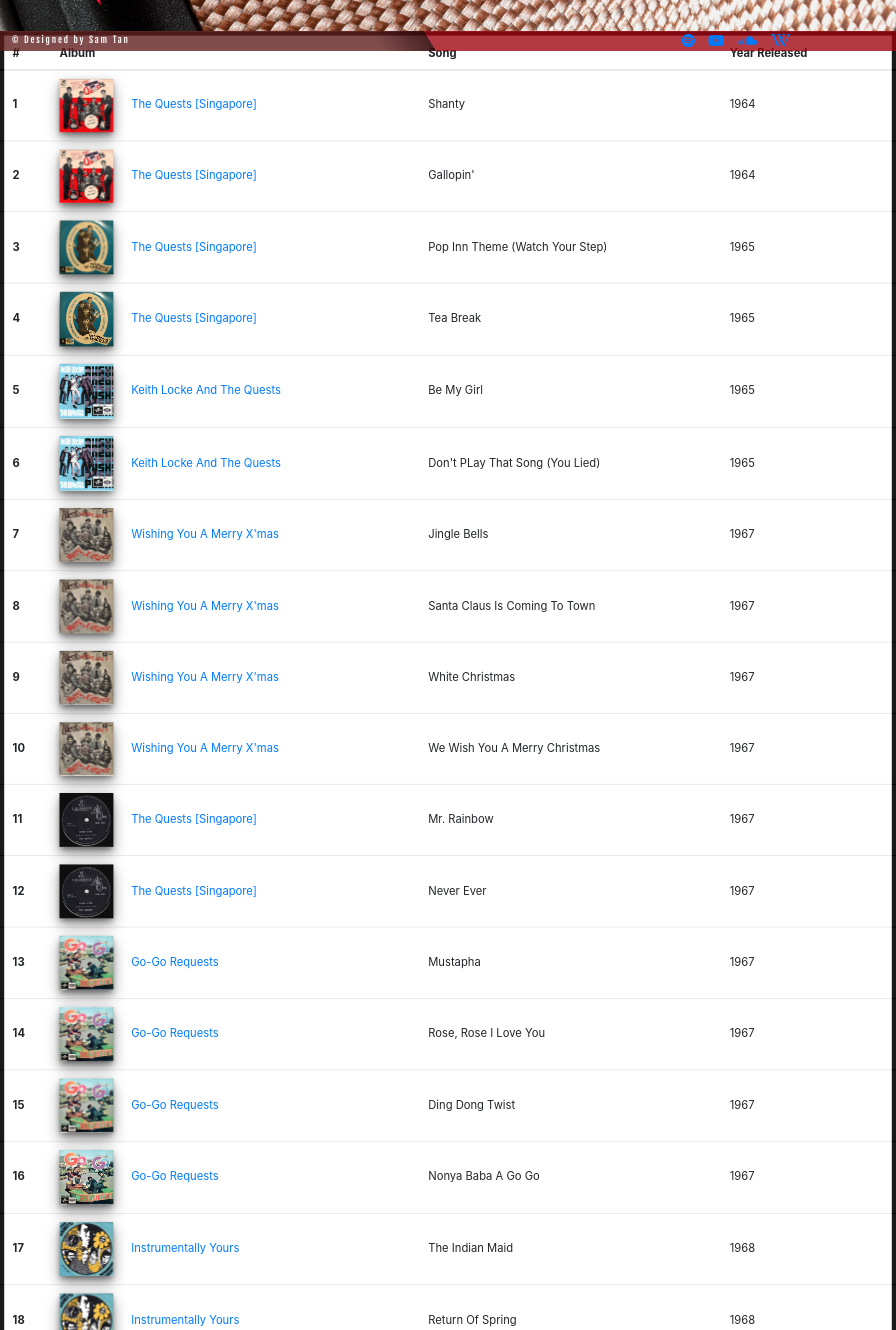
Repository: SamLookingGlass/User-Centric-Frontend-Development-Project
Page: music.html
The author's editor kept a record of every edit. The page is drawn from the files as they stood at one moment, then again after the next edit.
The browser window is 1280 px wide. The pictures show the part of the page from y = 647 to 2547 px (the page is 5651 px tall), at 70% of full size.
Some web libraries are served in a nearby version.

Above is the page before.

### music.html
<!doctype html>
<html lang="en">

<head>
  <!-- Required meta tags -->
  <meta charset="utf-8">
  <meta name="viewport" content="width=device-width, initial-scale=1, shrink-to-fit=no">

  <!-- Bootstrap CSS -->
  <link rel="stylesheet" href="https://maxcdn.bootstrapcdn.com/bootstrap/4.0.0/css/bootstrap.min.css" integrity="sha384-Gn5384xqQ1aoWXA+058RXPxPg6fy4IWvTNh0E263XmFcJlSAwiGgFAW/dAiS6JXm" crossorigin="anonymous">

  <!-- Google Fonts CSS -->
  <link href="https://fonts.googleapis.com/css?family=Fjalla+One&display=swap" rel="stylesheet">
  <link href="https://fonts.googleapis.com/css?family=Amatic+SC&display=swap" rel="stylesheet">
  <link href="https://fonts.googleapis.com/css?family=Playfair+Display&display=swap" rel="stylesheet">

  <!-- Font Awesoe CSS -->
  <link rel="stylesheet" href="https://cdnjs.cloudflare.com/ajax/libs/font-awesome/4.7.0/css/font-awesome.min.css">

  <!-- Own Stylesheet -->
  <link href="style.css" rel="stylesheet" type="text/css" />

  <title>The Quests Official - Music</title>
</head>

<body id="borderhome">
  <nav class="fontnew" id="navbg">
    <div class="container-fluid">
      <div class="row d-lg-flex">
        <div class="col-5 navnew navleft d-flex justify-content-end">
          <ul class="d-flex">
            <li><a href="home.html">HOME</a></li>
            <li id="active"><a href="music.html">MUSIC</a></li>
            <li><a href="history.html">HISTORY</a></li>
          </ul>
        </div>
        <div class="col-2 d-lg-flex justify-content-center">
          <a class="" href="home.html">
            <img id="navlogo" class="img-fluid" src="images/logo/logo.png" alt="Quests Logo">
          </a>
        </div>
        <div class="col-5 navnew navright d-lg-flex justify-content-start">
          <ul class="d-flex">
            <li><a href="tour.html">TOUR</a></li>
            <li><a href="gallery.html">GALLERY</a></li>
          </ul>
        </div>
      </div>
    </div>
  </nav>
  <section class="music-background">
    <div style="height:500pt" class="container-fluid">
      <div class="row">
        <div class="col-1"></div>
        <div class="col-5 fonttypo">
          <h2 class="cardbod-left cardbod-tour">
            “Mrs Devan liked both songs and she asked me what my tune was called.
            <br>
            <br> I didn’t have a name, so at the spur of the moment, I said: ‘Call it Shanty’.
            <br>
            <br> Why? I just liked the sound of the word.”
          </h2>
          <h3>
            <span class="blockheader1">- Henry Chua, Bassist</span>
          </h3>
        </div>
        <div class="col-5 d-flex cardbod-right">
          <div class="row">
            <iframe width="250" height="250" scrolling="no" frameborder="no" allow="autoplay" src="https://w.soundcloud.com/player/?url=https%3A//api.soundcloud.com/tracks/129465381&color=%23ff5500&auto_play=false&hide_related=false&show_comments=false&show_user=false&show_reposts=false&show_teaser=false&visual=true"></iframe>
            <iframe width="250" height="250" scrolling="no" frameborder="no" allow="autoplay" src="https://w.soundcloud.com/player/?url=https%3A//api.soundcloud.com/tracks/264145685&color=%23ff5500&auto_play=false&hide_related=false&show_comments=false&show_user=false&show_reposts=false&show_teaser=false&visual=true"></iframe>
          </div>
          <div class="row">
            <iframe width="250" height="250" scrolling="no" frameborder="no" allow="autoplay" src="https://w.soundcloud.com/player/?url=https%3A//api.soundcloud.com/tracks/2890725&color=%23ff5500&auto_play=false&hide_related=false&show_comments=false&show_user=false&show_reposts=false&show_teaser=false&visual=true"></iframe>
            <iframe width="250" height="250" scrolling="no" frameborder="no" allow="autoplay" src="https://w.soundcloud.com/player/?url=https%3A//api.soundcloud.com/tracks/2890821&color=%23ff5500&auto_play=false&hide_related=false&show_comments=false&show_user=false&show_reposts=false&show_teaser=false&visual=true"></iframe>
          </div>
        </div>
        <div class="col-1"></div>
      </div>
    </div>
  </section>
  <section>
    <table class="table table-hover" style="border:solid 0.5vw rgba(0,0,0,0.9)">
      <thead>
        <tr>
          <th>#</th>
          <th>Album</th>
          <th>Song</th>
          <th>Year Released</th>
        </tr>
      </thead>
      <tbody class="albumclass">
        <tr>
          <th scope="row">1</th>
          <td><a href="http://www.45cat.com/record/chk1009" target="_blank"><img src="images/albums/a1.jpg" alt="Album Cover">The Quests [Singapore]</a></td>
          <td>Shanty</td>
          <td>1964</td>
        </tr>
        <tr>
          <th scope="row">2</th>
          <td><a href="http://www.45cat.com/record/chk1009" target="_blank"><img src="images/albums/a1.jpg" alt="Album Cover">The Quests [Singapore]</a></td>
          <td>Gallopin'</td>
          <td>1964</td>
        </tr>
        <tr>
          <th scope="row">3</th>
          <td><a href="http://www.45cat.com/record/chk1050" target="_blank"><img src="images/albums/a2.jpg" alt="Album Cover">The Quests [Singapore]</a></td>
          <td>Pop Inn Theme (Watch Your Step)</td>
          <td>1965</td>
        </tr>
        <tr>
          <th scope="row">4</th>
          <td><a href="http://www.45cat.com/record/chk1050" target="_blank"><img src="images/albums/a2.jpg" alt="Album Cover">The Quests [Singapore]</a></td>
          <td>Tea Break</td>
          <td>1965</td>
        </tr>
        <tr>
          <th scope="row">5</th>
          <td><a href="http://www.45cat.com/record/chk1051" target="_blank"><img src="images/albums/a3.jpg" alt="Album Cover">Keith Locke And The Quests</a></td>
          <td>Be My Girl</td>
          <td>1965</td>
        </tr>
        <tr>
          <th scope="row">6</th>
          <td><a href="http://www.45cat.com/record/chk1051" target="_blank"><img src="images/albums/a3.jpg" alt="Album Cover">Keith Locke And The Quests</a></td>
          <td>Don't PLay That Song (You Lied)</td>
          <td>1965</td>
        </tr>
        <tr>
          <th scope="row">7</th>
          <td><a href="http://www.45cat.com/record/chk1063" target="_blank"><img src="images/albums/a4.jpg" alt="Album Cover">Wishing You A Merry X'mas</a></td>
          <td>Jingle Bells</td>
          <td>1967</td>
        </tr>
        <tr>
          <th scope="row">8</th>
          <td><a href="http://www.45cat.com/record/chk1063" target="_blank"><img src="images/albums/a4.jpg" alt="Album Cover">Wishing You A Merry X'mas</a></td>
          <td>Santa Claus Is Coming To Town</td>
          <td>1967</td>
        </tr>
        <tr>
          <th scope="row">9</th>
          <td><a href="http://www.45cat.com/record/chk1063" target="_blank"><img src="images/albums/a4.jpg" alt="Album Cover">Wishing You A Merry X'mas</a></td>
          <td>White Christmas</td>
          <td>1967</td>
        </tr>
        <tr>
          <th scope="row">10</th>
          <td><a href="http://www.45cat.com/record/chk1063" target="_blank"><img src="images/albums/a4.jpg" alt="Album Cover">Wishing You A Merry X'mas</a></td>
          <td>We Wish You A Merry Christmas</td>
          <td>1967</td>
        </tr>
        <tr>
          <th scope="row">11</th>
          <td><a href="http://www.45cat.com/record/chk1065" target="_blank"><img src="images/albums/a5.jpg" alt="Album Cover">The Quests [Singapore]</a></td>
          <td>Mr. Rainbow</td>
          <td>1967</td>
        </tr>
        <tr>
          <th scope="row">12</th>
          <td><a href="http://www.45cat.com/record/chk1065" target="_blank"><img src="images/albums/a5.jpg" alt="Album Cover">The Quests [Singapore]</a></td>
          <td>Never Ever</td>
          <td>1967</td>
        </tr>
        <tr>
          <th scope="row">13</th>
          <td><a href="http://www.45cat.com/record/sego70115" target="_blank"><img src="images/albums/a6.jpg" alt="Album Cover">Go-Go Requests</a></td>
          <td>Mustapha</td>
          <td>1967</td>
        </tr>
        <tr>
          <th scope="row">14</th>
          <td><a href="http://www.45cat.com/record/sego70115" target="_blank"><img src="images/albums/a6.jpg" alt="Album Cover">Go-Go Requests</a></td>
          <td>Rose, Rose I Love You</td>
          <td>1967</td>
        </tr>
        <tr>
          <th scope="row">15</th>
          <td><a href="http://www.45cat.com/record/sego70115" target="_blank"><img src="images/albums/a6.jpg" alt="Album Cover">Go-Go Requests</a></td>
          <td>Ding Dong Twist</td>
          <td>1967</td>
        </tr>
        <tr>
          <th scope="row">16</th>
          <td><a href="http://www.45cat.com/record/sego70115" target="_blank"><img src="images/albums/a6.jpg" alt="Album Cover">Go-Go Requests</a></td>
          <td>Nonya Baba A Go Go</td>
          <td>1967</td>
        </tr>
        <tr>
          <th scope="row">17</th>
          <td><a href="http://www.45cat.com/record/echk587" target="_blank"><img src="images/albums/a7.jpg" alt="Album Cover">Instrumentally Yours</a></td>
          <td>The Indian Maid</td>
          <td>1968</td>
        </tr>
        <tr>
          <th scope="row">18</th>
          <td><a href="http://www.45cat.com/record/echk587" target="_blank"><img src="images/albums/a7.jpg" alt="Album Cover">Instrumentally Yours</a></td>
          <td>Return Of Spring</td>
          <td>1968</td>
        </tr>
        <tr>
          <th scope="row">19</th>
          <td><a href="http://www.45cat.com/record/echk587" target="_blank"><img src="images/albums/a7.jpg" alt="Album Cover">Instrumentally Yours</a></td>
          <td>Sayonara</td>
          <td>1968</td>
        </tr>
        <tr>
          <th scope="row">20</th>
          <td><a href="http://www.45cat.com/record/echk587" target="_blank"><img src="images/albums/a7.jpg" alt="Album Cover">Instrumentally Yours</a></td>
          <td>Why Go To The Template</td>
          <td>1968</td>
        </tr>
        <tr>
          <th scope="row">21</th>
          <td><a href="http://www.45cat.com/record/echk612" target="_blank"><img src="images/albums/a8.jpg" alt="Album Cover">Conquests</a></td>
          <td>Jesamine</td>
          <td>1968</td>
        </tr>
        <tr>
          <th scope="row">22</th>
          <td><a href="http://www.45cat.com/record/echk612" target="_blank"><img src="images/albums/a8.jpg" alt="Album Cover">Conquests</a></td>
          <td>What Is Soul</td>
          <td>1968</td>
        </tr>
        <tr>
          <th scope="row">23</th>
          <td><a href="http://www.45cat.com/record/echk612" target="_blank"><img src="images/albums/a8.jpg" alt="Album Cover">Conquests</a></td>
          <td>Sunshine Of Your Love</td>
          <td>1968</td>
        </tr>
        <tr>
          <th scope="row">24</th>
          <td><a href="http://www.45cat.com/record/echk612" target="_blank"><img src="images/albums/a8.jpg" alt="Album Cover">Conquests</a></td>
          <td>Hey Girl</td>
          <td>1968</td>
        </tr>
        <tr>
          <th scope="row">25</th>
          <td><a href="http://www.45cat.com/record/echk634" target="_blank"><img src="images/albums/a9.jpg" alt="Album Cover">Keith Locke And The Quests</a></td>
          <td>Don't Play That Song (You Lied)</td>
          <td>1969 (Re-released)</td>
        </tr>
        <tr>
          <th scope="row">26</th>
          <td><a href="http://www.45cat.com/record/echk634" target="_blank"><img src="images/albums/a9.jpg" alt="Album Cover">Keith Locke And The Quests</a></td>
          <td>Be My Girl</td>
          <td>1969 (Re-released)</td>
        </tr>
        <tr>
          <th scope="row">27</th>
          <td><a href="http://www.45cat.com/record/echk634" target="_blank"><img src="images/albums/a9.jpg" alt="Album Cover">Keith Locke And The Quests</a></td>
          <td>I'm On Top Of The World</td>
          <td>1969</td>
        </tr>
        <tr>
          <th scope="row">28</th>
          <td><a href="http://www.45cat.com/record/echk634" target="_blank"><img src="images/albums/a9.jpg" alt="Album Cover">Keith Locke And The Quests</a></td>
          <td>Mockingbird Hill</td>
          <td>1969</td>
        </tr>
        <tr>
          <th scope="row">29</th>
          <td><a href="https://www.discogs.com/The-Quests-When-The-Clock-Strikes-Twelve/master/1442174" target="_blank"><img src="images/albums/a10.jpg" alt="Album Cover">When The Clock Strikes Twelve</a></td>
          <td>I'd Wait A Million Years</td>
          <td>1969</td>
        </tr>
        <tr>
          <th scope="row">30</th>
          <td><a href="https://www.discogs.com/The-Quests-When-The-Clock-Strikes-Twelve/master/1442174" target="_blank"><img src="images/albums/a10.jpg" alt="Album Cover">When The Clock Strikes Twelve</a></td>
          <td>Don't Forget To Remember</td>
          <td>1969</td>
        </tr>
        <tr>
          <th scope="row">31</th>
          <td><a href="https://www.discogs.com/The-Quests-When-The-Clock-Strikes-Twelve/master/1442174" target="_blank"><img src="images/albums/a10.jpg" alt="Album Cover">When The Clock Strikes Twelve</a></td>
          <td>Memphis Street</td>
          <td>1969</td>
        </tr>
        <tr>
          <th scope="row">32</th>
          <td><a href="https://www.discogs.com/The-Quests-When-The-Clock-Strikes-Twelve/master/1442174" target="_blank"><img src="images/albums/a10.jpg" alt="Album Cover">When The Clock Strikes Twelve</a></td>
          <td>When The Clock Strikes Twelve</td>
          <td>1969</td>
        </tr>
        <tr>
          <th scope="row">33</th>
          <td><a href="https://www.discogs.com/The-Quests-Proud-Mary/master/1442173" target="_blank"><img src="images/albums/a11.jpg" alt="Album Cover">Proud Marry</a></td>
          <td>Proud Mary</td>
          <td>1969</td>
        </tr>
        <tr>
          <th scope="row">34</th>
          <td><a href="https://www.discogs.com/The-Quests-Proud-Mary/master/1442173" target="_blank"><img src="images/albums/a11.jpg" alt="Album Cover">Proud Marry</a></td>
          <td>Time Is Tight </td>
          <td>1969</td>
        </tr>
        <tr>
          <th scope="row">35</th>
          <td><a href="https://www.discogs.com/The-Quests-Proud-Mary/master/1442173" target="_blank"><img src="images/albums/a11.jpg" alt="Album Cover">Proud Marry</a></td>
          <td>Cupid</td>
          <td>1969</td>
        </tr>
        <tr>
          <th scope="row">36</th>
          <td><a href="https://www.discogs.com/The-Quests-Proud-Mary/master/1442173" target="_blank"><img src="images/albums/a11.jpg" alt="Album Cover">Proud Marry</a></td>
          <td>Traces</td>
          <td>1969</td>
        </tr>
        <tr>
          <th scope="row">37</th>
          <td><a href="http://www.45cat.com/record/echk613" target="_blank"><img src="images/albums/a12.jpg" alt="Album Cover">Four Hits</a></td>
          <td>The Good, The Bad And The Ugly</td>
          <td>1969</td>
        </tr>
        <tr>
          <th scope="row">38</th>
          <td><a href="http://www.45cat.com/record/echk613" target="_blank"><img src="images/albums/a12.jpg" alt="Album Cover">Four Hits</a></td>
          <td>Sound Of Silence</td>
          <td>1969</td>
        </tr>
        <tr>
          <th scope="row">39</th>
          <td><a href="http://www.45cat.com/record/echk613" target="_blank"><img src="images/albums/a12.jpg" alt="Album Cover">Four Hits</a></td>
          <td>Soul Finger</td>
          <td>1969</td>
        </tr>
        <tr>
          <th scope="row">40</th>
          <td><a href="http://www.45cat.com/record/echk613" target="_blank"><img src="images/albums/a12.jpg" alt="Album Cover">Four Hits</a></td>
          <td>Love Is Blue</td>
          <td>1969</td>
        </tr>
        <tr>
          <th scope="row">41</th>
          <td><a href="http://www.45cat.com/record/echk644" target="_blank"><img src="images/albums/a13.jpg" alt="Album Cover">征服樂隊</a></td>
          <td>淚 (Tears)</td>
          <td>1970</td>
        </tr>
        <tr>
          <th scope="row">42</th>
          <td><a href="http://www.45cat.com/record/echk644" target="_blank"><img src="images/albums/a13.jpg" alt="Album Cover">征服樂隊</a></td>
          <td>負心的人 (Jilted)</td>
          <td>1970</td>
        </tr>
        <tr>
          <th scope="row">42</th>
          <td><a href="http://www.45cat.com/record/echk644" target="_blank"><img src="images/albums/a13.jpg" alt="Album Cover">征服樂隊</a></td>
          <td>源的小花 (Flower Of Tears)</td>
          <td>1970</td>
        </tr>
        <tr>
          <th scope="row">42</th>
          <td><a href="http://www.45cat.com/record/echk644" target="_blank"><img src="images/albums/a13.jpg" alt="Album Cover">征服樂隊</a></td>
          <td>尋夢的人 (My Lost Dream)</td>
          <td>1970</td>
        </tr>
        <tr>
          <th scope="row">43</th>
          <td><a href="http://www.45cat.com/record/sechk649" target="_blank"><img src="images/albums/a14.jpg" alt="Album Cover">The Quests [Singapore]</a></td>
          <td>Who'll Stop The Rain</td>
          <td>1970</td>
        </tr>
        <tr>
          <th scope="row">44</th>
          <td><a href="http://www.45cat.com/record/sechk649" target="_blank"><img src="images/albums/a14.jpg" alt="Album Cover">The Quests [Singapore]</a></td>
          <td>American Women</td>
          <td>1970</td>
        </tr>
        <tr>
          <th scope="row">45</th>
          <td><a href="http://www.45cat.com/record/sechk649" target="_blank"><img src="images/albums/a14.jpg" alt="Album Cover">The Quests [Singapore]</a></td>
          <td>Love And The World Loves With You</td>
          <td>1970</td>
        </tr>
        <tr>
          <th scope="row">45</th>
          <td><a href="http://www.45cat.com/record/sechk649" target="_blank"><img src="images/albums/a14.jpg" alt="Album Cover">The Quests [Singapore]</a></td>
          <td>The Cage</td>
          <td>1970</td>
        </tr>
      </tbody>
    </table>
  </section>
  <footer class="fixed-bottom fontfooter" id="navbg1">
    <div class="container-fluid">
      <div class="row">
        <div class="col-3">© Designed by Sam Tan </div>
        <div class="col-6 d-lg-flex justify-content-center"></div>
        <div class="col-3 logos">
          <!--<a href=""><i class="fa fa-facebook-square" style="font-size:22px"></i></a>-->
          <a href="https://open.spotify.com/artist/4AOgY5YwQw4d5pgEX3f56A" target="_blank"><i class="fa fa-spotify" style="font-size:22px"></i></a>
          <a href="https://www.youtube.com/user/JoeWuSeattleWaUSA/featured" target="_blank"><i class="fa fa-youtube-play" style="font-size:22px"></i></a>
          <a href="https://soundcloud.com/user-73693220/keith-locke-the-quests-dont-1" target="_blank"><i class="fa fa-soundcloud" style="font-size:22px"></i></a>
          <a href="https://en.wikipedia.org/wiki/The_Quests" target="_blank"><i class="fa fa-wikipedia-w" style="font-size:22px"></i></a>
        </div>
      </div>
    </div>
  </footer>



  <!-- Optional JavaScript -->
  <!-- jQuery first, then Popper.js, then Bootstrap JS -->
  <script src="https://code.jquery.com/jquery-3.2.1.slim.min.js" integrity="sha384-KJ3o2DKtIkvYIK3UENzmM7KCkRr/rE9/Qpg6aAZGJwFDMVNA/GpGFF93hXpG5KkN" crossorigin="anonymous"></script>
  <script src="https://cdnjs.cloudflare.com/ajax/libs/popper.js/1.12.9/umd/popper.min.js" integrity="sha384-ApNbgh9B+Y1QKtv3Rn7W3mgPxhU9K/ScQsAP7hUibX39j7fakFPskvXusvfa0b4Q" crossorigin="anonymous"></script>
  <script src="https://maxcdn.bootstrapcdn.com/bootstrap/4.0.0/js/bootstrap.min.js" integrity="sha384-JZR6Spejh4U02d8jOt6vLEHfe/JQGiRRSQQxSfFWpi1MquVdAyjUar5+76PVCmYl" crossorigin="anonymous"></script>
</body>

</html>

Loaded but not shown: style.css (432 lines, source omitted)

After the next edit:
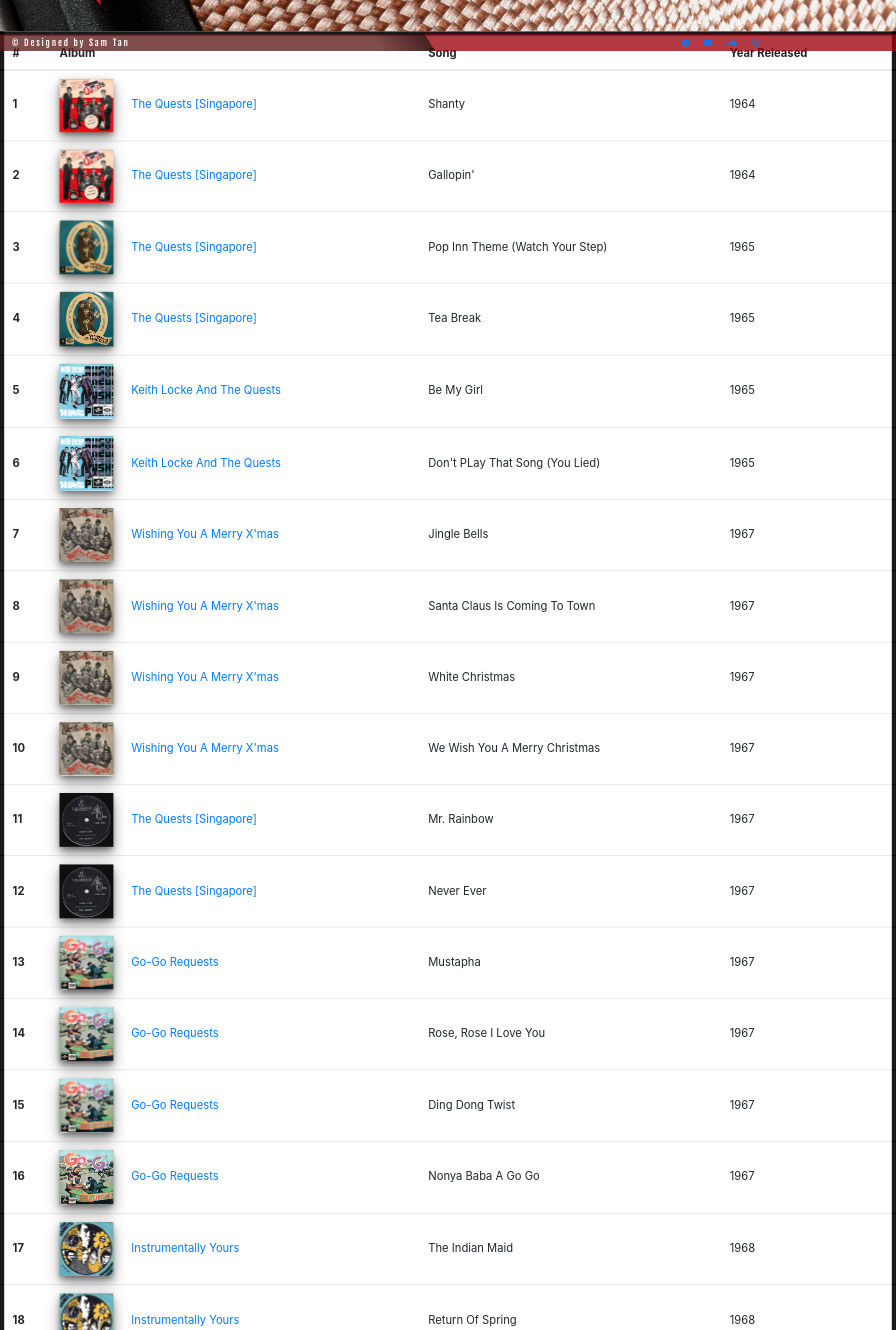
The edit:
--- a/music.html
+++ b/music.html
@@ -380,21 +380,20 @@
       </tbody>
     </table>
   </section>
-  <footer class="fixed-bottom fontfooter" id="navbg1">
-    <div class="container-fluid">
-      <div class="row">
-        <div class="col-3">© Designed by Sam Tan </div>
-        <div class="col-6 d-lg-flex justify-content-center"></div>
-        <div class="col-3 logos">
-          <!--<a href=""><i class="fa fa-facebook-square" style="font-size:22px"></i></a>-->
-          <a href="https://open.spotify.com/artist/4AOgY5YwQw4d5pgEX3f56A" target="_blank"><i class="fa fa-spotify" style="font-size:22px"></i></a>
-          <a href="https://www.youtube.com/user/JoeWuSeattleWaUSA/featured" target="_blank"><i class="fa fa-youtube-play" style="font-size:22px"></i></a>
-          <a href="https://soundcloud.com/user-73693220/keith-locke-the-quests-dont-1" target="_blank"><i class="fa fa-soundcloud" style="font-size:22px"></i></a>
-          <a href="https://en.wikipedia.org/wiki/The_Quests" target="_blank"><i class="fa fa-wikipedia-w" style="font-size:22px"></i></a>
-        </div>
-      </div>
-    </div>
-  </footer>
+    <footer class="fixed-bottom fontfooter" id="navbg1">
+        <div class="container-fluid">
+            <div class="row">
+                <div class="col-3">© Designed by Sam Tan </div>
+                <div class="col-6 d-lg-flex justify-content-center"></div>
+                <div class="col-3 footerlogo logos">
+                    <a href="https://open.spotify.com/artist/4AOgY5YwQw4d5pgEX3f56A" target="_blank"><i class="fa fa-spotify"></i> </i></a>
+                    <a href="https://www.youtube.com/user/JoeWuSeattleWaUSA/featured" target="_blank"><i class="fa fa-youtube-play"></i></a>
+                    <a href="https://soundcloud.com/user-73693220/keith-locke-the-quests-dont-1" target="_blank"><i class="fa fa-soundcloud"></i></a>
+                    <a href="https://en.wikipedia.org/wiki/The_Quests" target="_blank"><i class="fa fa-wikipedia-w"></i></a>
+                </div>
+            </div>
+        </div>
+    </footer>
 
 
 
